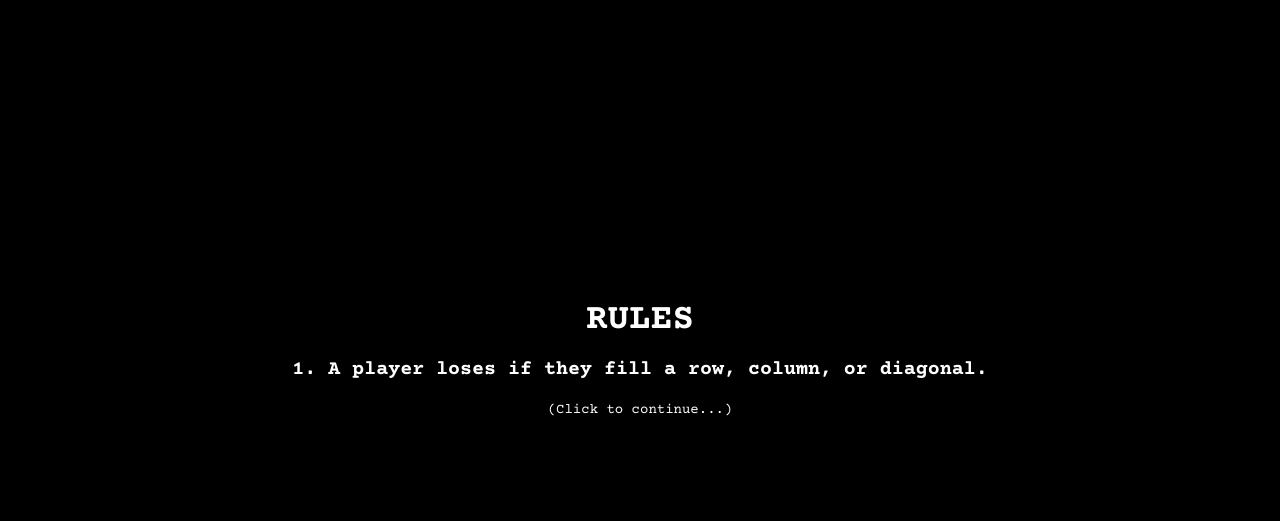
Repository: Jeysmeister/sensoryminds-bingo
Page: /
The author's editor kept a copy of each file at every save. The page is drawn from the files as they stood at one save, then again after the next save.
The browser window is 1280 px wide. The pictures show the whole page.
The project was rebuilt for these pictures with package versions that can differ from the ones it lists, and the page was loaded fresh each time. The framework's server and built-in components were replaced by stand-ins that run in the browser. Also part of the build but not shown: next.config.ts.

Above is the page before, as saved 2024-11-12 18:02:12.

### app/layout.tsx
import type { Metadata } from "next";
import { Courier_Prime } from "next/font/google";
import "./globals.css";
import Header from "./components/Header";

export const metadata: Metadata = {
  title: "Never have I BINGO",
  description: "Sensory Minds Front-End Coding Challenge",
};

const courier = Courier_Prime({
  subsets: ["latin"],
  weight: ["400", "700"],
});

export default function RootLayout({
  children,
}: Readonly<{
  children: React.ReactNode;
}>) {
  return (
    <html lang="en">
      <body className={`${courier.className} antialiased`}>{children}</body>
    </html>
  );
}

### app/page.tsx
import { neverHaveIEverQuestions } from "@/data/questions";
import BingoCard from "./components/BingoCard";
import Header from "./components/Header";

export default function Home() {
  const getRandomQuestions = (count: number) => {
    const shuffled = [...neverHaveIEverQuestions].sort(() => 0.5 - Math.random());
    return shuffled.slice(0, count);
  };
  const questions = getRandomQuestions(24);
  return (
    <div className="flex w-screen overflow-hidden">
      {/* <div className="cursor-pointer">
        <div className="w-screen h-screen flex justify-center items-center text-white bg-black flex-col gap-4">
          <div className="text-xl font-bold">Welcome to</div> <div className="text-4xl font-bold">NEVER HAVE I BINGO</div>
          <div className="text-sm">(Click to continue...)</div>
        </div>
      </div> */}
      <div className="cursor-pointer">
        <div className="w-screen h-screen flex justify-center items-center text-white bg-black flex-col gap-4">
          <div className="text-4xl font-bold">RULES</div>
          <div className="text-xl font-bold">1. A player loses if they fill a row, column, or diagonal.</div>
          <div className="text-sm">(Click to continue...)</div>
        </div>
      </div>
      {/* <div className="w-screen h-screen flex flex-col justify-center items-center">
        <Header />
        <BingoCard questions={questions} />
      </div> */}
    </div>
  );
}

### data/questions.ts
export const neverHaveIEverQuestions = [
  "laughed so hard I snorted",
  "eaten a whole pizza by myself",
  "stayed up all night binge-watching a series",
  "danced in the rain",
  "tried to learn another language just to impress someone",
  "accidentally texted the wrong person",
  "pretended to know a celebrity",
  "had a nightmare about work or school",
  "played a prank on a teacher or boss",
  "gone skinny dipping",
  "gotten lost in an amusement park",
  "been on a blind date",
  "pretended to be on a cooking show while making food",
  "locked myself out of my house",
  "forgotten an important anniversary or birthday",
  "tried a weird food combination that I ended up loving",
  "cried during a movie",
  "played a video game all night",
  "forgotten someone's name right after meeting them",
  "laughed at a joke I didn't get",
  "sung karaoke in public",
  "cried at a wedding",
  "been the last one awake at a sleepover",
  "tried to start a fire without matches or a lighter",
  "accidentally sent a message to the wrong person",
  "made up an excuse to get out of a date",
  "accidentally walked into the wrong restroom",
  "gotten a tattoo I regretted",
  "pretended to like a gift I didn't like",
  "been on a roller coaster",
  "cried during a song",
  "fainted in public",
  "had my phone fall in water",
  "pretended to be sick to skip school or work",
  "done a backflip",
  "lied to my best friend",
  "been scared of clowns",
  "cried at a concert",
  "sang in the shower",
  "had a crush on a teacher",
  "broken a bone",
  "eaten food that was still frozen",
  "gotten stitches",
  "driven a car",
  "ridden a motorcycle",
  "been to a haunted house",
  "been on TV",
  "been afraid of the dark",
  "been stuck in an elevator",
  "lost my wallet",
  "cooked an elaborate meal for myself",
  "accidentally broken a friend's item and didn't tell them",
  "regretted a social media post",
  "missed a flight",
  "forgotten my passport while traveling",
  "made a mess and left it for someone else to clean",
  "skipped school or work for a road trip",
  "written a poem for someone",
  "fallen asleep on public transportation and missed my stop",
  "said 'you too' when a cashier said 'enjoy your meal'",
  "been told I look like a celebrity",
  "stayed up all night talking to someone",
  "gone to a costume party as myself",
  "bought something just for the packaging",
  "tried to do the splits",
  "put something back on the shelf after deciding not to buy it",
  "worn pajamas in public",
  "ordered an item of food just to take a picture of it",
  "walked into a glass door",
  "gone somewhere just for the free food",
  "tried a dance move from a music video",
  "lost something important and found it years later",
  "kept a plant alive for over a year",
  "given a fake name at a coffee shop",
  "forgotten where I parked my car",
  "forgotten my own phone number",
  "sent a text while angry that I regretted later",
  "watched an entire series in a single day",
  "had a song stuck in my head for days",
  "missed an important event because I overslept",
  "gotten sunburned so badly I peeled",
  "tried to ice skate and fallen",
  "been in a flash mob",
  "left a comment on a stranger's social media",
  "gone to the movies alone",
  "pretended to understand something I didn't",
  "stolen something small from a hotel",
  "broken a bone and not realized it immediately",
  "sent an email without proofreading it first",
  "taken a personality quiz online",
  "signed up for something I didn't want just for a freebie",
  "gotten a scar from something silly",
  "apologized to an object after bumping into it",
  "lost track of time while browsing the internet",
  "taken a selfie with a pet",
  "stayed in pajamas all day",
  "been seasick",
  "seen a ghost",
  "tried to play matchmaker for friends",
  "pretended I knew the words to a song",
  "kept a secret for over a year",
  "ate something weird just to prove I could",
  "looked up my own name on the internet",
  "changed my hairstyle on a whim",
  "put salt in coffee or tea by accident",
  "eaten a whole cake by myself",
  "watched a movie and fell asleep halfway through",
  "had an imaginary friend",
  "been to a concert",
  "eaten food that was past its expiration date",
  "accidentally called someone by the wrong name",
  "broken something expensive and blamed it on someone else",
  "spent more than $100 on something I didn’t need",
  "used someone else's toothbrush",
  "tried to eat something spicy and regretted it immediately",
  "posted something embarrassing online",
  "tried to flirt and failed miserably",
  "lied about my age",
  "been on a dating app",
  "used a fake ID",
  "faked being sick to avoid something",
  "lived in a place that wasn’t my own",
  "kept something from my childhood",
  "had a pet that wasn’t a dog or cat",
  "faked a phone call",
  "ate something because it was trendy",
  "thought I was going to die at some point",
  "slept through an alarm",
  "danced in front of a mirror",
  "sang in front of a mirror",
  "had a food fight",
  "tried to become friends with someone just because they were popular",
  "stalked someone on social media",
  "tried to break up with someone but didn’t",
  "had a crush on a fictional character",
  "joined a group just to get discounts",
  "told someone a secret and regretted it",
  "ate something I didn’t like to be polite",
  "cheated on a test",
  "used a burner phone",
  "felt awkward in a social setting",
  "kept a childhood toy",
  "threw a surprise party for someone",
  "accidentally walked into a room full of people while I was on a video call",
  "joined a club to meet new people",
  "went on a blind date",
  "helped a friend cheat on an exam",
  "had a weird pet",
  "forgotten to charge my phone",
  "called in sick to work when I wasn’t",
  "been caught stealing something",
  "tried to take a shortcut that ended up being longer",
  "left a store without paying for something",
  "made a fake profile to prank someone",
  "kept a really embarrassing thing secret from my family",
  "met someone famous",
  "slept through an important meeting",
  "had a crush on a teacher",
  "sang in public",
  "had a bad haircut and didn’t tell anyone",
  "used a dating app without success",
  "snuck into a movie",
  "made a prank phone call",
  "used someone’s Netflix account without permission",
  "went on a vacation alone",
  "used a discount code that wasn’t meant for me",
  "accidentally wore mismatched socks",
  "tried a weird life hack that didn’t work",
  "got scammed online",
  "eaten an entire chocolate bar in one sitting",
  "seen something creepy and didn’t tell anyone",
  "been told to be quiet in a library",
  "been to a theme park with friends",
  "gotten in trouble for something I didn’t do",
  "had a fashion disaster",
  "was a picky eater when I was younger",
  "accidentally liked an old photo on social media",
  "wore sunglasses inside",
  "stayed up late for no reason",
  "had an awkward family gathering",
  "been called out in a public place",
  "tried to impress someone and failed",
  "lost a bet and had to do something silly",
  "said something inappropriate in front of my parents",
  "been to a concert of a band I didn’t like",
  "laughed during a serious moment",
  "tried to sell something I didn’t need",
  "talked to someone only to realize I had met them before",
  "tried to skip a line and got caught",
  "ate food that was not prepared by me",
  "tried to fix something and made it worse",
  "was shocked by something that turned out to be a prank",
  "pretended to be asleep when someone walked in",
  "had a crush on someone for a long time without telling them",
  "spent too much money on coffee",
  "missed a major event because I overslept",
  "sent a message to the wrong person by accident",
  "accidentally made an embarrassing sound in public",
  "looked up how to do something but still couldn’t",
  "tried to impress someone with a talent I didn’t have",
  "tried a food that sounded good but tasted bad",
  "was caught talking to myself in public",
  "made a mess and didn’t clean it up",
  "was caught eavesdropping on a conversation",
  "spent more than I planned on something",
  "told someone I was busy when I wasn’t",
  "went somewhere just for the food",
  "tried to act cool but failed",
  "lost something and then found it in a place I looked earlier",
  "spent an entire day in my pajamas",
  "tried a DIY project and it turned out horrible",
  "pretended to be an expert at something",
  "laughed at a joke I didn’t understand",
  "accidentally sent a text with a typo to my boss",
  "talked to someone for a while only to realize they weren’t who I thought",
  "tried to speak another language and failed",
  "got caught in a lie",
  "accidentally said something inappropriate",
  "pretended to know how to drive but didn’t",
  "lost my phone and found it in the last place I looked",
  "ate something and immediately regretted it",
  "been surprised by a surprise party",
  "sung a song in the car like it was a concert",
  "pretended to be sick to avoid work",
  "had a pet that I wasn’t responsible for",
  "been on a reality TV show",
  "eaten a whole bag of chips in one sitting",
  "watched something on Netflix that was totally embarrassing",
  "forgotten to reply to a message for a week",
  "gotten lost and found my way by asking for directions",
  "been embarrassed by my own joke",
  "told a bad joke that no one laughed at",
  "forgotten my own birthday",
  "failed a simple task",
  "been caught stealing something small",
  "spied on someone without their knowledge",
  "drank coffee at midnight",
  "accidentally sent a selfie to the wrong person",
  "made a huge mistake at work",
  "accidentally dyed my hair a weird color",
  "acted like I knew something but didn’t",
  "forgotten where I put my phone",
  "told a fib that backfired",
  "shared a secret that wasn’t mine to share",
];

Loaded but not shown: app/globals.css (common file); tailwind.config.ts (common file)

After the next save:
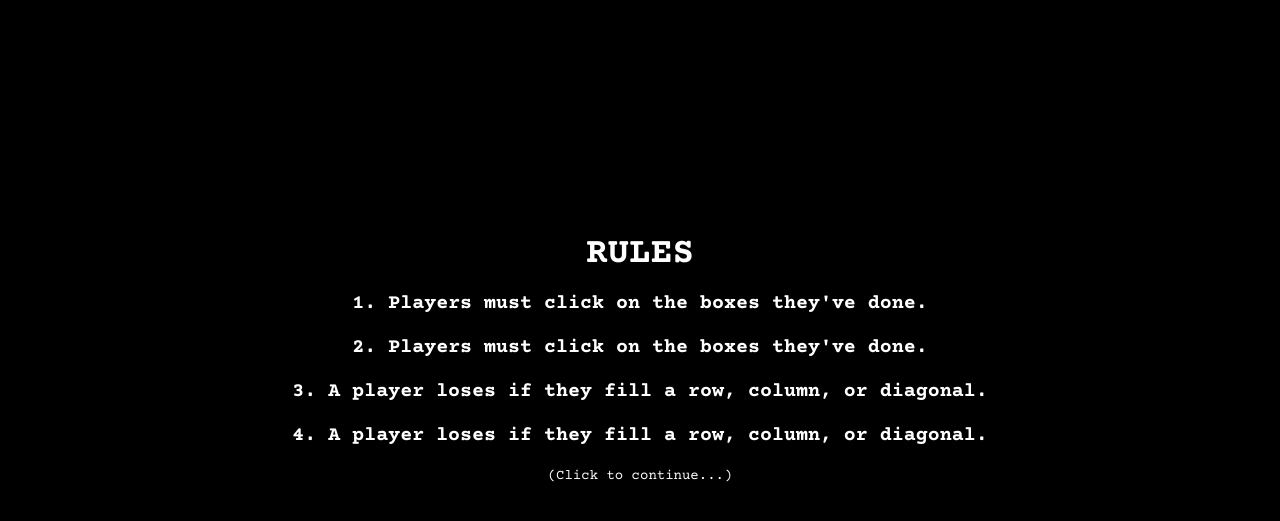
Saved 2 min 17 s later.
--- a/app/page.tsx
+++ b/app/page.tsx
@@ -19,7 +19,10 @@ export default function Home() {
       <div className="cursor-pointer">
         <div className="w-screen h-screen flex justify-center items-center text-white bg-black flex-col gap-4">
           <div className="text-4xl font-bold">RULES</div>
-          <div className="text-xl font-bold">1. A player loses if they fill a row, column, or diagonal.</div>
+          <div className="text-xl font-bold">1. Players must click on the boxes they've done.</div>
+          <div className="text-xl font-bold">2. Players must click on the boxes they've done.</div>
+          <div className="text-xl font-bold">3. A player loses if they fill a row, column, or diagonal.</div>
+          <div className="text-xl font-bold">4. A player loses if they fill a row, column, or diagonal.</div>
           <div className="text-sm">(Click to continue...)</div>
         </div>
       </div>
